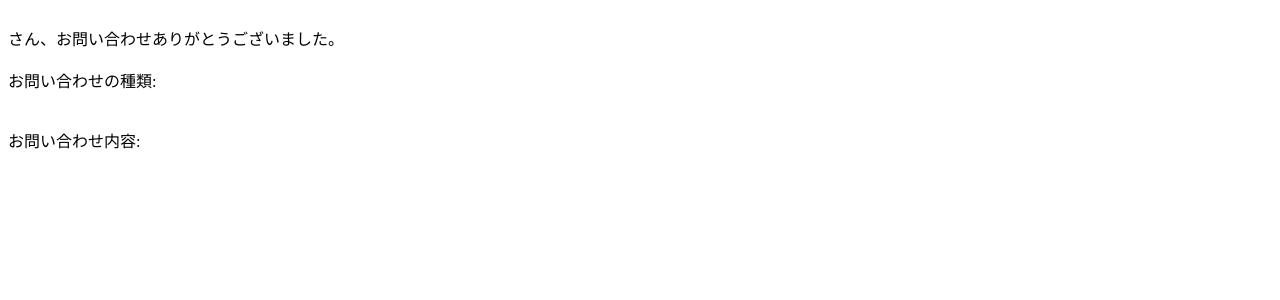
Repository: gjp373/test
Page: http://localhost/WebProj/inquiryComplete.jsp
These files come from the project's save history. The page is drawn as it stood at one moment and after the next save; the edit follows.
The browser window is 1280 px wide. The pictures show the whole page.
The page is served by Tomcat 9. Other server files are loaded and not shown.

Above is the page before, as saved 2018-03-16 02:06:53.

### WebProj/WebContent/inquiryComplete.jsp
<%@ page language="java" contentType="text/html; charset=UTF-8"
    pageEncoding="UTF-8"%>
<%@ taglib prefix="s" uri="/struts-tags" %>

<!DOCTYPE html>
<html>
<head>
<meta charset="UTF-8">
<title>お問い合わせ　受付完了</title>
</head>
<body>


 <br>
 <s:property value="name"/>さん、お問い合わせありがとうございました。
 <br>
 <br>お問い合わせの種類:<br>
 <s:if test='qtype=="company"'>
 会社について
 </s:if>

 <s:if test='qtype=="product"'>
 製品について
 </s:if>

 <s:if test='qtype=="support"'>
 アフターサポートについて
 </s:if>

 <br>
 <br>お問い合わせ内容:<br>
 <s:property value="body"/>



</body>
</html>

After the next save:
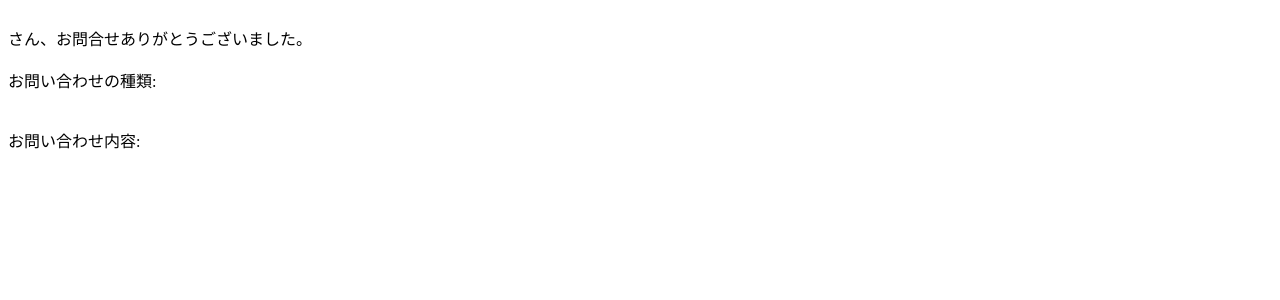
Saved 2 min 58 s later.
--- a/WebProj/WebContent/inquiryComplete.jsp
+++ b/WebProj/WebContent/inquiryComplete.jsp
@@ -2,7 +2,7 @@
     pageEncoding="UTF-8"%>
 <%@ taglib prefix="s" uri="/struts-tags" %>
 
-<!DOCTYPE html>
+<html>
 <html>
 <head>
 <meta charset="UTF-8">
@@ -12,7 +12,7 @@
 
 
  <br>
- <s:property value="name"/>さん、お問い合わせありがとうございました。
+ <s:property value="name"/>さん、お問合せありがとうございました。
  <br>
  <br>お問い合わせの種類:<br>
  <s:if test='qtype=="company"'>
